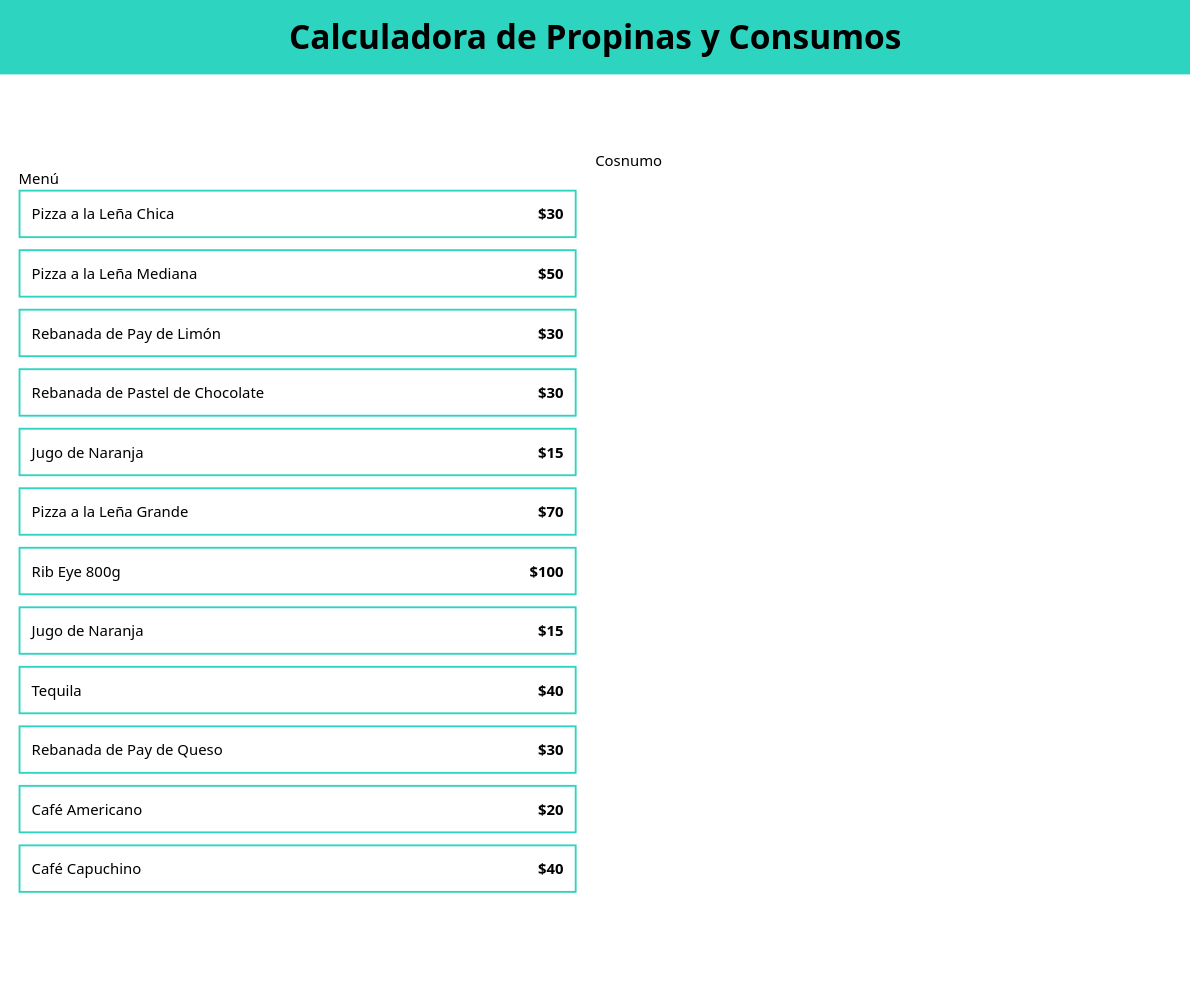
Repository: Matiiu/tip-calculator
Page: /
The author's editor kept a copy of each file at every save. The page is drawn from the files as they stood at one save, then again after the next save.
The browser window is 1280 px wide. The pictures show the whole page, at 93% of full size.
The project was rebuilt for these pictures with package versions that can differ from the ones it lists, and the page was loaded fresh each time. Also part of the build but not shown: vite.config.ts.

Above is the page before, as saved 2024-03-29 09:56:57.

### src/App.tsx
import Header from "./components/Header";
import { menuItems } from "./api/db";
import MenuItem from "./components/MenuItem";

export default function App() {
  return (
    <>
      <Header />

      <main className="max-w-7xl mx-auto py-20 grid md:grid-cols-2">
        <div className="p-5">
          <h2>Menú</h2>

          <section className="space-y-3">
            {menuItems.map(item => (
              <MenuItem
                key={item.id}
                item={item}
              />
            ))}
          </section>
        </div>

        <div>
          <h2>Cosnumo</h2>

        </div>
      </main>
    </>
  )
}

### src/components/Header.tsx
export default function Header() {
  return (
    <header className="bg-teal-400 py-5">
        <h1 className="text-center text-4xl font-black">Calculadora de Propinas y Consumos</h1>
    </header>
  )
}

### src/api/db.ts
import type { MenuItem } from '../types';

export const menuItems: MenuItem[] = [
  {
    id: 1,
    name: "Pizza a la Leña Chica",
    price: 30,
  },
  {
    id: 2,
    name: "Pizza a la Leña Mediana",
    price: 50,
  },
  {
    id: 3,
    name: "Rebanada de Pay de Limón",
    price: 30,
  },
  {
    id: 4,
    name: "Rebanada de Pastel de Chocolate",
    price: 30,
  },
  {
    id: 5,
    name: "Jugo de Naranja",
    price: 15,
  },
  {
    id: 6,
    name: "Pizza a la Leña Grande",
    price: 70,
  },
  {
    id: 7,
    name: "Rib Eye 800g",
    price: 100,
  },
  {
    id: 8,
    name: "Jugo de Naranja",
    price: 15,
  },
  {
    id: 9,
    name: "Tequila",
    price: 40,
  },
  {
    id: 10,
    name: "Rebanada de Pay de Queso",
    price: 30,
  },
  {
    id: 11,
    name: "Café Americano",
    price: 20,
  },
  {
    id: 12,
    name: "Café Capuchino",
    price: 40,
  },
];

### src/components/MenuItem.tsx
import type { MenuItem } from "../types";

type MenuItemProps = {
  item: MenuItem;
};

export default function MenuItem({ item }: MenuItemProps) {
  return (
    <button className="border-2 border-teal-400 hover:bg-teal-200 w-full p-3 flex justify-between">
        <p>{item.name}</p>
        <p className="font-black">${item.price}</p>
    </button>
  );
}

Loaded but not shown: index.html (common file); src/main.tsx (common file); src/index.css (common file); tailwind.config.js (common file)

After the next save:
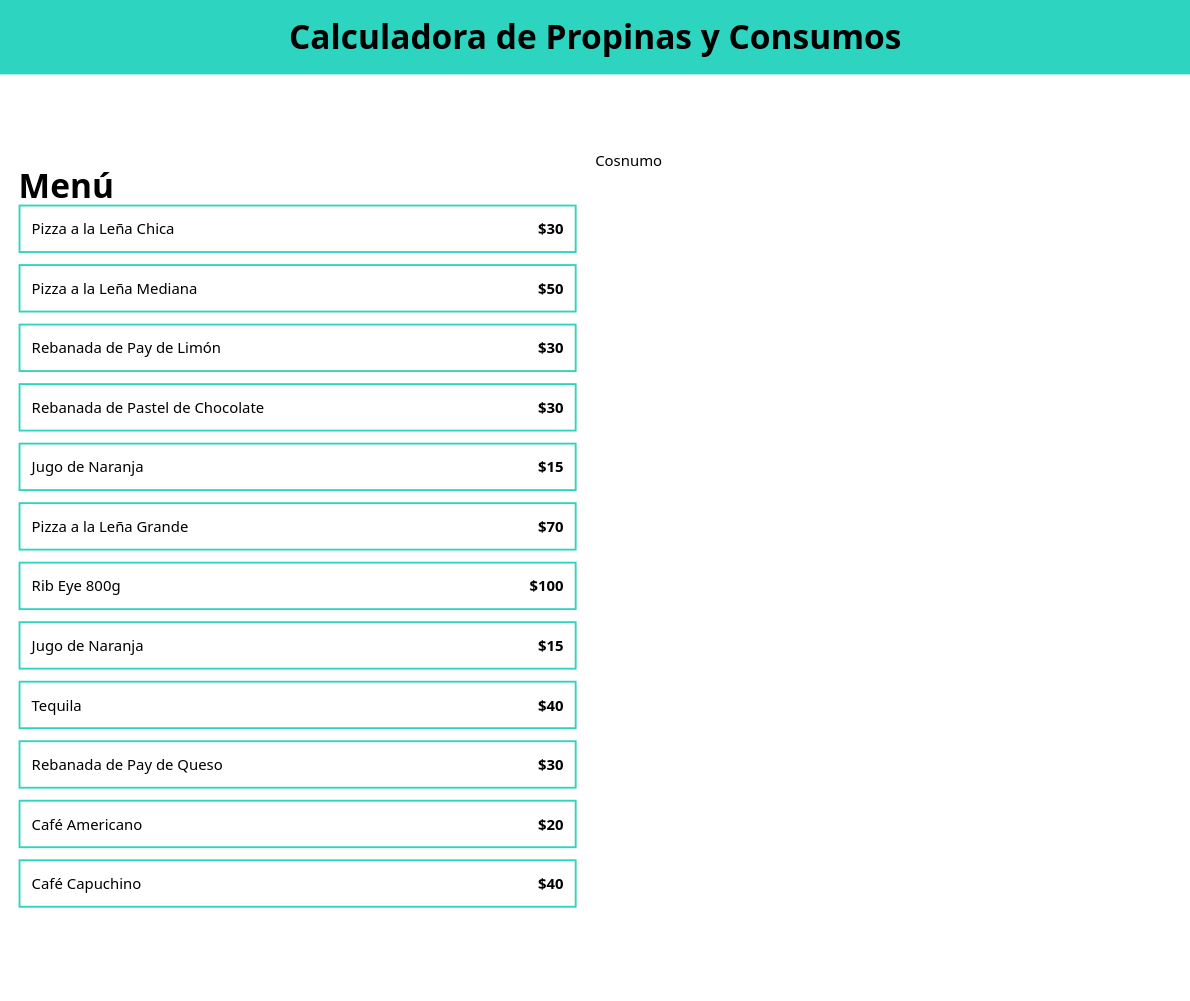
Saved 24 s later.
--- a/src/App.tsx
+++ b/src/App.tsx
@@ -9,7 +9,7 @@ export default function App() {
 
       <main className="max-w-7xl mx-auto py-20 grid md:grid-cols-2">
         <div className="p-5">
-          <h2>Menú</h2>
+          <h2 className="text-4xl font-black">Menú</h2>
 
           <section className="space-y-3">
             {menuItems.map(item => (
